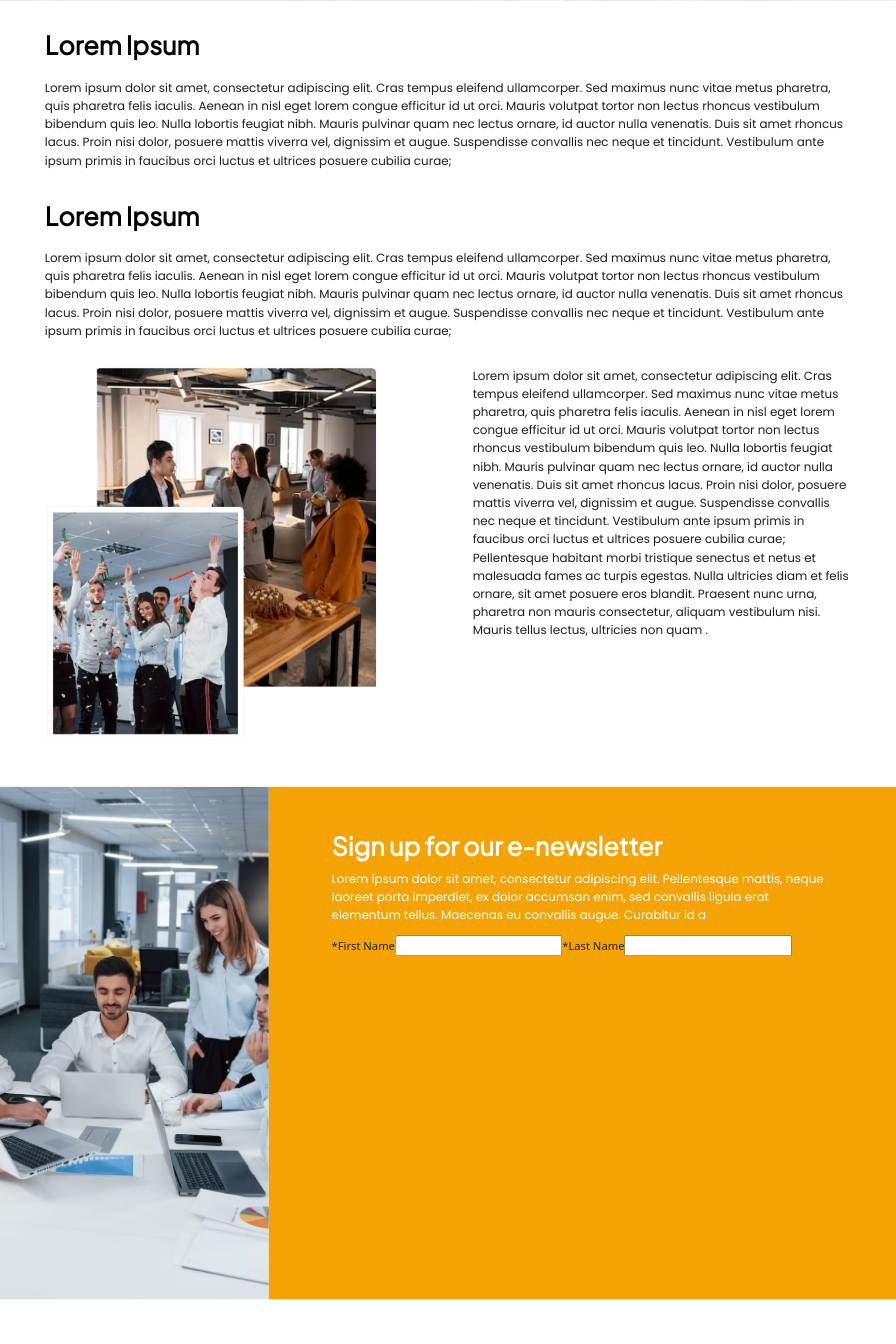
Repository: Akash8377/Hospitality-website
Page: /about-us
An editor plug-in stored every save of this project. The page is shown before and after the next save, followed by the edit.
The browser window is 1280 px wide. The pictures show the part of the page from y = 683 to 2603 px (the page is 2603 px tall), at 70% of full size.
Some web libraries are served in a nearby version. The project was rebuilt for these pictures with package versions that can differ from the ones it lists, and the page was loaded fresh each time. Also part of the build but not shown: src/Component/Partial/heading-cont.js, src/Component/Shared/about-us.js, src/Component/Shared/Banner.js, src/Component/Shared/popular-jobs.js, src/Component/Sliders/ServiceSlider.js, src/Component/Sliders/ReviewSlider.js, src/Component/Partial/index-banner.js, src/Component/Partial/index-buisness-banner.js and 2 more.

Above is the page before, as saved 2023-07-07 12:08:48.

After the next save:
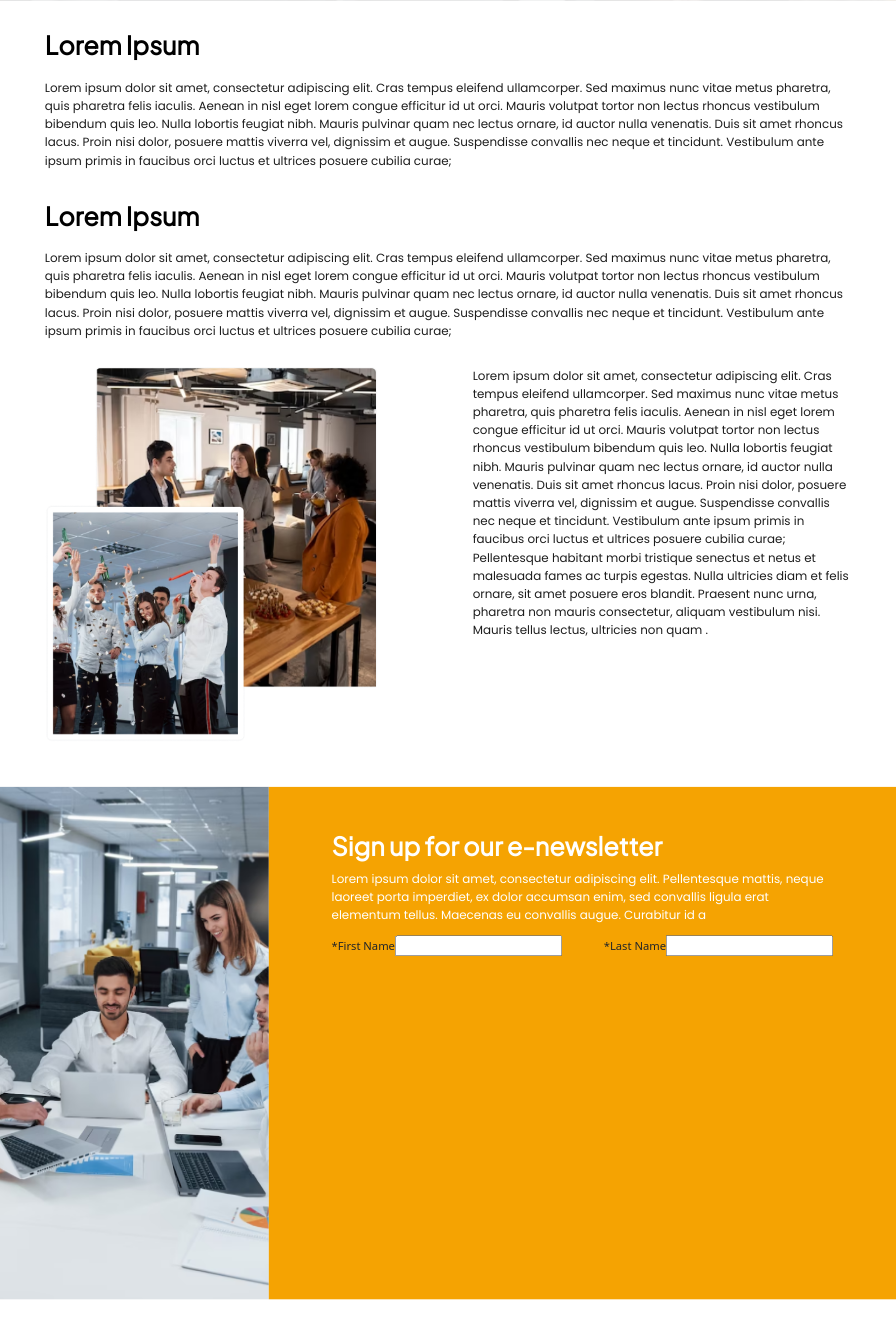
Saved 4 s later.
--- a/src/Css/Lap.css
+++ b/src/Css/Lap.css
@@ -805,5 +805,6 @@
 }
 .About-Us_Newsletter .right .content form .Two_Inputs {
   display: flex;
-  gap
-}
+  gap: 20px;
+  justify-content: space-between;
+}
